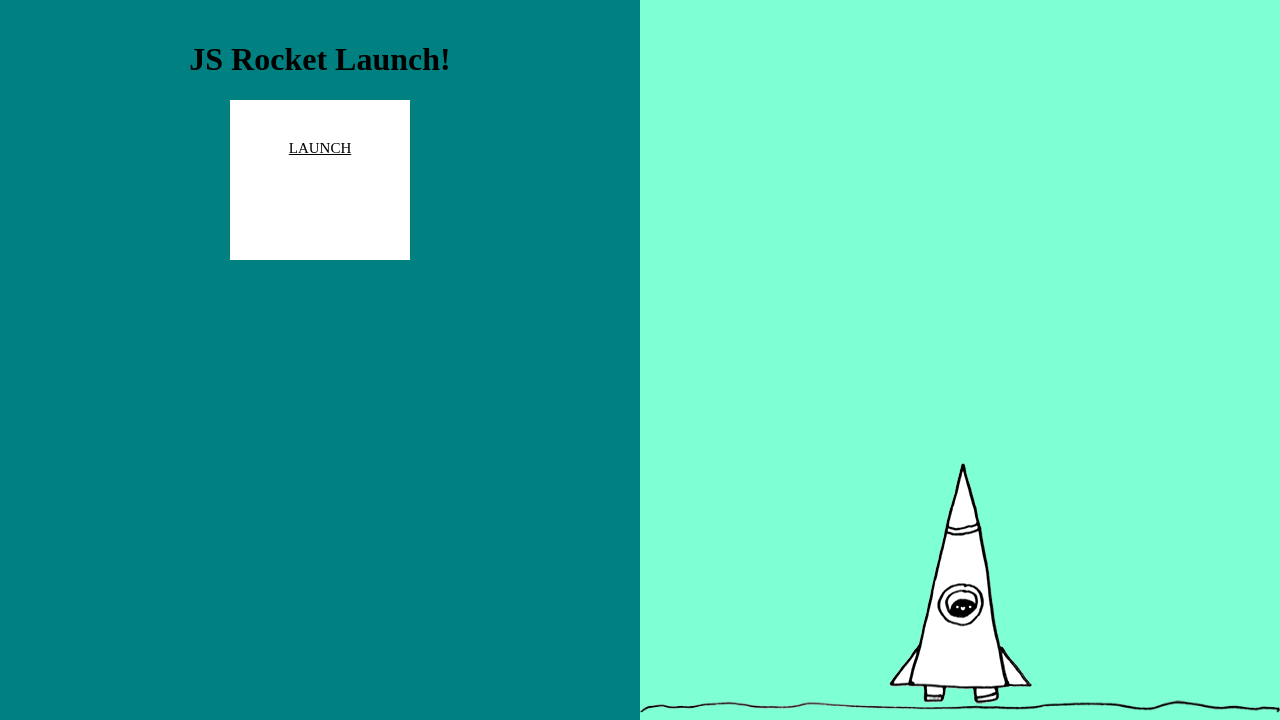
Repository: alcarrizo/Rocket-launch
Page: index.html
These files come from the project's save history. The page is drawn as it stood at one moment and after the next save; the edit follows.
The browser window is 1280 px wide. The pictures show the whole page.

Above is the page before, as saved 2022-10-20 22:58:51.

After the next save:
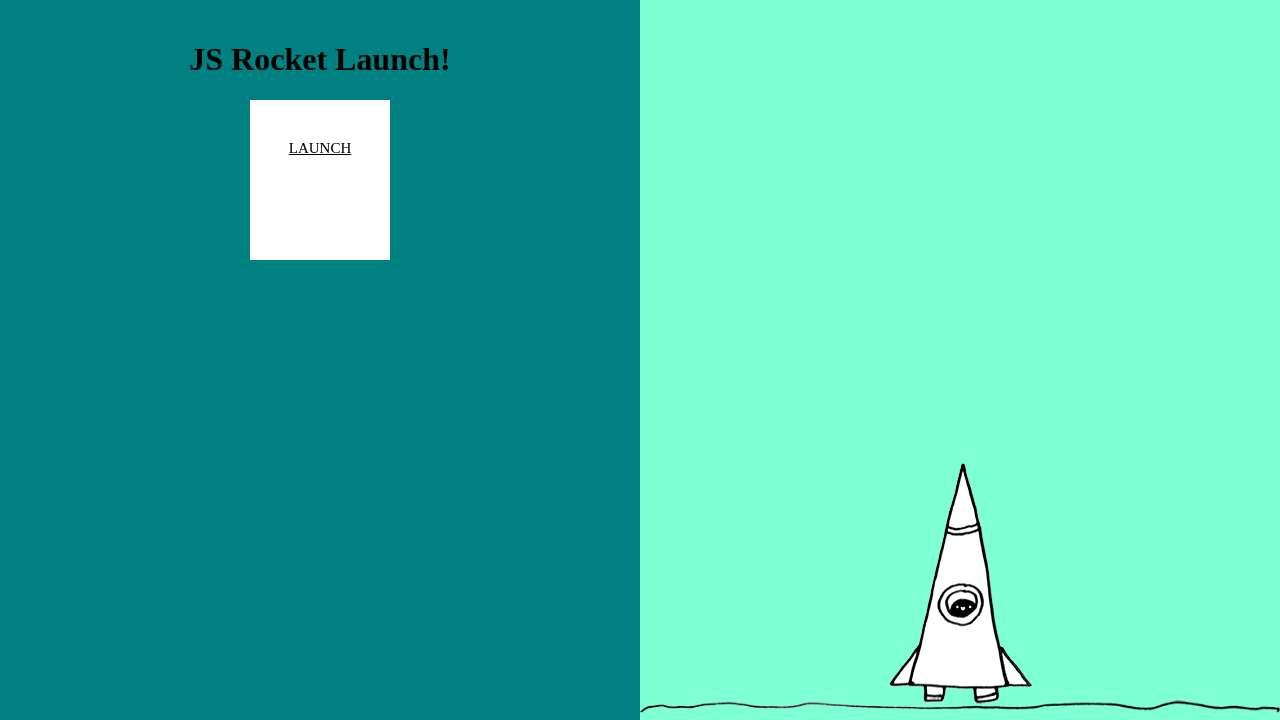
Saved 9 s later.
--- a/css/style.css
+++ b/css/style.css
@@ -98,7 +98,7 @@
     display: inline-block;
     background-color: white;
     color: black;
-    padding: 20px 40px;
+    padding: 20px;
     text-transform: uppercase;
     text-align: center;
     padding-top: 40px;

After the save that followed:
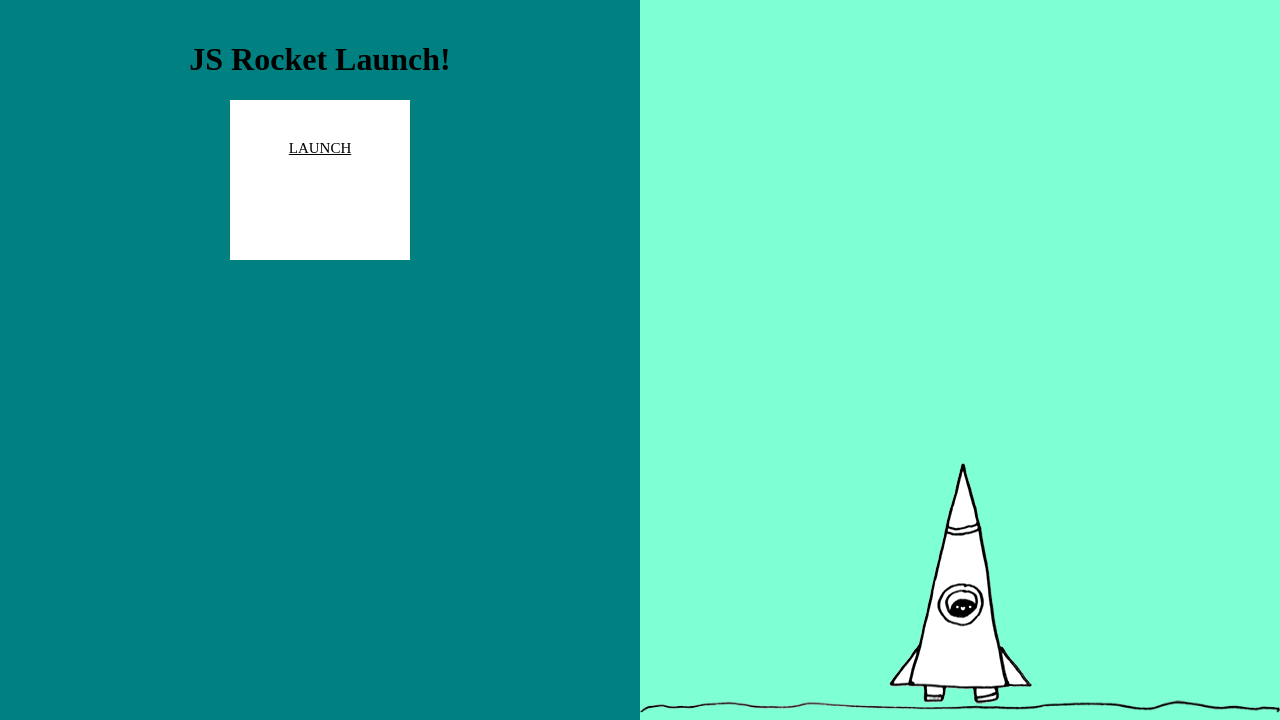
Saved 8 s later.
--- a/css/style.css
+++ b/css/style.css
@@ -98,7 +98,7 @@
     display: inline-block;
     background-color: white;
     color: black;
-    padding: 20px;
+    padding: 20px 40px;
     text-transform: uppercase;
     text-align: center;
     padding-top: 40px;
